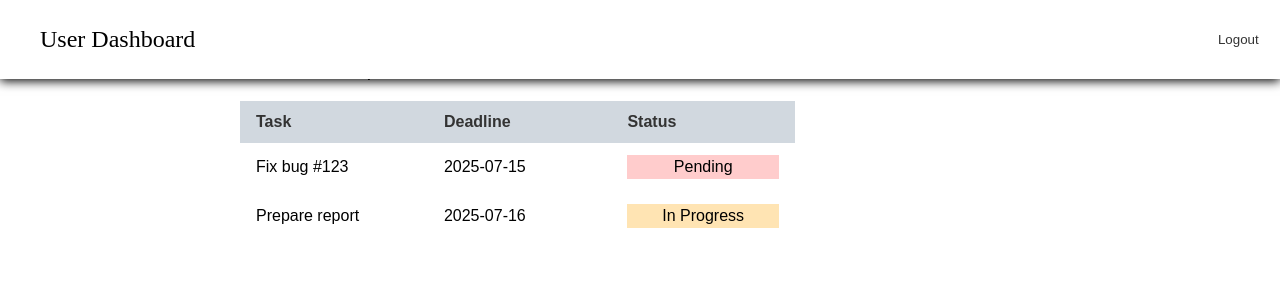
Repository: Edmund-Kiama/todoPHP
Page: /user (app in task-manager-frontend/)
An editor plug-in stored every save of this project. The page is shown before and after the next save, followed by the edit.
The browser window is 1280 px wide. The pictures show the whole page.
The project was rebuilt for these pictures with package versions that can differ from the ones it lists, and the page was loaded fresh each time. Also part of the build but not shown: task-manager-frontend/vite.config.js, task-manager-frontend/src/components/Login/login.css, task-manager-frontend/src/components/Login/Login.vue, task-manager-frontend/src/components/Admin/admin.css, task-manager-frontend/src/components/Admin/AdminDashboard.vue.

Above is the page before, as saved 2025-07-12 22:28:25.

### task-manager-frontend/src/App.vue
<script setup>
  import Navbar from './components/Navbar/Navbar.vue';
  import { store } from './store';
</script>

<template>
  <Navbar />
  <router-view />
</template>

### task-manager-frontend/src/router/index.js
import { createRouter, createWebHistory } from 'vue-router';
import Login from '../components/Login/Login.vue';
import AdminDashboard from '../components/Admin/AdminDashboard.vue';
import UserDashboard from '../components/User/UserDashboard.vue';

const routes = [
  { path: '/', name: 'Login', component: Login },
  { path: '/admin', name: 'AdminDashboard', component: AdminDashboard },
  { path: '/user', name: 'UserDashboard', component: UserDashboard }
];

const router = createRouter({
  history: createWebHistory(),
  routes
});

export default router;

### task-manager-frontend/src/components/Navbar/Navbar.vue

<template>
  <nav v-if="store.user.loggedIn" class="navbar">
    <ul>
      <li v-if="user.role === 'admin'">Admin Dashboard</li>
      <li v-if="user.role === 'user'">User Dashboard</li>
      <li><button @click="logout">Logout</button></li>
    </ul>
  </nav>
</template>

<script setup>
  import "./nav.css"
  import { store } from '../../store'
  import { useRouter } from 'vue-router'

  const router = useRouter()

  const user = store.user
  if (!user.loggedIn) router.push('/')

  function logout() {
    store.user.role = null
    store.user.loggedIn = false
    localStorage.removeItem('token')
    router.push('/')
  }
</script>

### task-manager-frontend/src/store.js
import { reactive } from 'vue'

export const store = reactive({
  user: {
    role: "user",
    loggedIn: true,
    username: "Nick"
  },
})

### task-manager-frontend/src/components/User/UserDashboard.vue
<script setup>
  import './user.css'
  import { ref, computed } from 'vue';
  import { store } from '../../store';

  // Mocked logged-in user
  const currentUser = 'user@example.com';
  const user = store.user

  // Mocked task list — in a real app, fetch from backend
  const allTasks = ref([
    { title: 'Fix bug #123', user: 'user@example.com', deadline: '2025-07-15', status: 'Pending' },
    { title: 'Prepare report', user: 'user@example.com', deadline: '2025-07-16', status: 'In Progress' },
    { title: 'Update Docs', user: 'bob@example.com', deadline: '2025-07-17', status: 'Pending' }
  ]);

  const userTasks = computed(() =>
    allTasks.value.filter(task => task.user === currentUser)
  );

  function nextStatus(status) {
    if (status === 'Pending') return 'In Progress';
    if (status === 'In Progress') return 'Completed';
    return '';
  }

  function advanceStatus(index) {
    const task = userTasks.value[index];
    if (task.status === 'Pending') {
      task.status = 'In Progress';
    } else if (task.status === 'In Progress') {
      task.status = 'Completed';
    }
  }
  function statusClass(status) {
    return {
      'status-completed': status === 'Completed',
      'status-inprogress': status === 'In Progress',
      'status-pending': status === 'Pending',
    }
  }
</script>
<template>
    <div class="user-dashboard">
      <section>
        <h3>Welcome {{ user.username }},</h3>

        <table v-if="userTasks.length">
          <thead>
            <tr>
              <th>Task</th><th>Deadline</th><th>Status</th>
            </tr>
          </thead>
          <tbody>
            <tr v-for="(task, index) in userTasks" :key="index">
              <td>{{ task.title }}</td>
              <td>{{ task.deadline }}</td>
              <td ><div :class="statusClass(task.status)">{{ task.status }}</div></td>
              <td>
                <button
                  v-if="task.status !== 'Completed'"
                  @click="advanceStatus(index)"
                >
                  Mark as {{ nextStatus(task.status) }}
                </button>
              </td>
            </tr>
          </tbody>
        </table>

        <p v-else>No tasks assigned to you.</p>
      </section>
    </div>
</template>

### task-manager-frontend/src/components/Navbar/nav.css
.navbar {
    background-color: white;
    margin: 0;
    padding: 0;
    position: fixed;
    box-shadow: 0 2px 10px rgba(0, 0, 0, 1);
    width: 100%;
    top: 0;
    left: 0;
    right: 0;
}
.navbar ul {
    display: flex;
    justify-content: space-between;
    align-items: center;
    gap: 1rem;
    list-style: none;
    font-size: 1.5em;
}
.navbar ul li {
    display: flex;
    align-items: center;
}
.navbar button {
    text-decoration: none;
    background: none;
    border: none;
    padding: 0.5rem;
    border-radius: 5px;
    color: #333;
    transition: all;
    transition-duration: 300ms;
    cursor: pointer;
    margin-right: 1em;
}
.navbar button:hover {
    background-color:  #3498db;
    color: white;
}

### task-manager-frontend/src/components/User/user.css
.user-dashboard {
    max-width: 800px;
    margin: 2rem auto;
    margin-top: 60px;
    font-family: Arial, sans-serif;
}

.user-dashboard table {
    width: 100%;
    border-collapse: collapse;
    margin-top: 1rem;
    font-family: sans-serif;
    border: none; /* remove outer border */
}
.user-dashboard th,
.user-dashboard td {
    padding: 0.75rem 1rem;
    text-align: left;
    border: none; /* remove inner lines */
    vertical-align: middle;
    min-width: 100px;
}

.user-dashboard th {
    background-color: #d1d8df;
    font-weight: bold;
    color: #333;
}

.user-dashboard td button {
    visibility: hidden;
    background-color: #4DA2F7;
    color: white;
    border: none;
    padding: 5px 10px;
    margin-right: 5px;
    border-radius: 4px;
    cursor: pointer;
    transition: background-color 0.2s ease;
}

.user-dashboard button:hover {
    background-color: #1c74d9;
}

.user-dashboard tr:hover td button {
    visibility: visible;
}

.user-dashboard tr:hover {
    background-color: #f0f8ff;
}
.user-dashboard .status-completed {
    background-color: rgba(0, 128, 0, 0.189);
    text-align: center;
    padding: 0.2em;
}

.user-dashboard .status-inprogress {
    text-align: center;
    background-color: rgba(255, 166, 0, 0.297);
    padding: 0.2em;
}

.user-dashboard .status-pending {
    text-align: center;
    background-color: rgba(255, 0, 0, 0.2);
    padding: 0.2em;
}

Loaded but not shown: task-manager-frontend/index.html (common file); task-manager-frontend/src/main.js (common file)

After the next save:
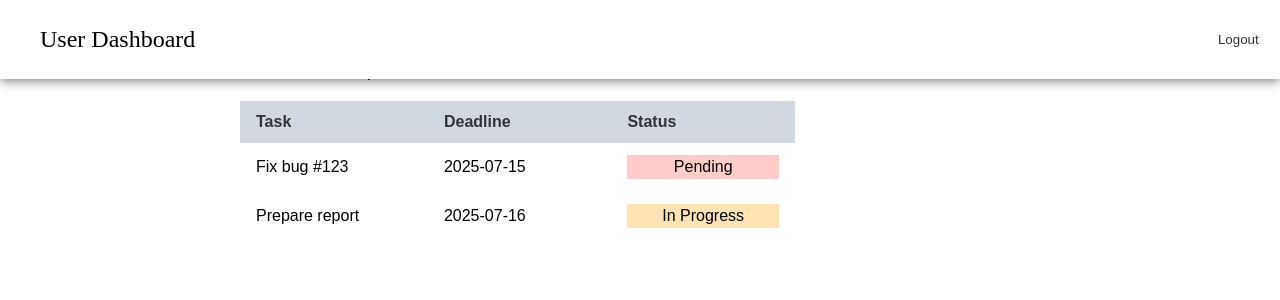
Saved 10 s later.
--- a/task-manager-frontend/src/components/Navbar/nav.css
+++ b/task-manager-frontend/src/components/Navbar/nav.css
@@ -3,7 +3,7 @@
     margin: 0;
     padding: 0;
     position: fixed;
-    box-shadow: 0 2px 10px rgba(0, 0, 0, 1);
+    box-shadow: 0 2px 10px rgba(0, 0, 0, 0.5);
     width: 100%;
     top: 0;
     left: 0;
